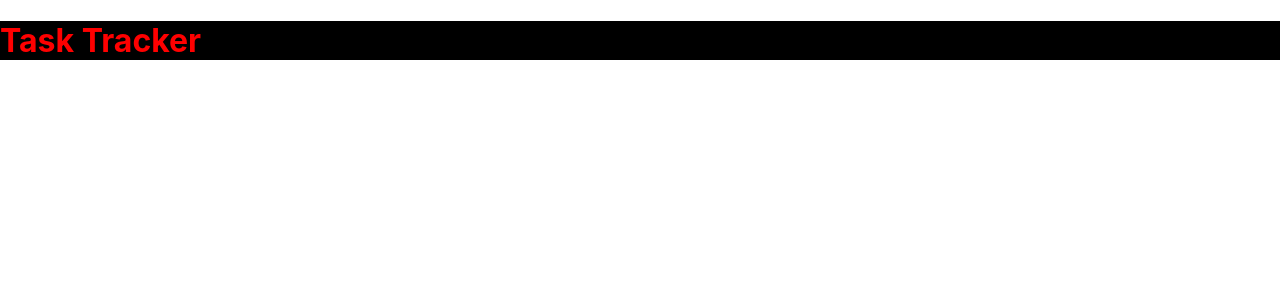
Repository: NIMRAH97/React-Strap-Test
Page: /
These files come from the project's save history. The page is drawn as it stood at one moment and after the next save; the edit follows.
The browser window is 1280 px wide. The pictures show the whole page.
The project was rebuilt for these pictures with package versions that can differ from the ones it lists, and the page was loaded fresh each time.

Above is the page before, as saved 2021-05-21 14:56:58.

### src/App.js
import Header from './components/Header';
const App = () => {
  return (
    <div className='container'>
      <Header />
    </div>
  )
}

export default App;

### src/components/Header.js
import PropTypes from 'prop-types'

const Header = ({ title }) => {
  return (
    <header>
      <h1 style={{ color: 'red', backgroundColor: 'black' }}>{title}</h1>
    </header>
  )
}

Header.defaultProps = {
  title: "Task Tracker",
}
Header.propTypes = {
  title: PropTypes.string.isRequired,
}
export default Header

Loaded but not shown: public/index.html (common file); src/index.js (common file); src/index.css (common file); src/reportWebVitals.js (common file)

After the next save:
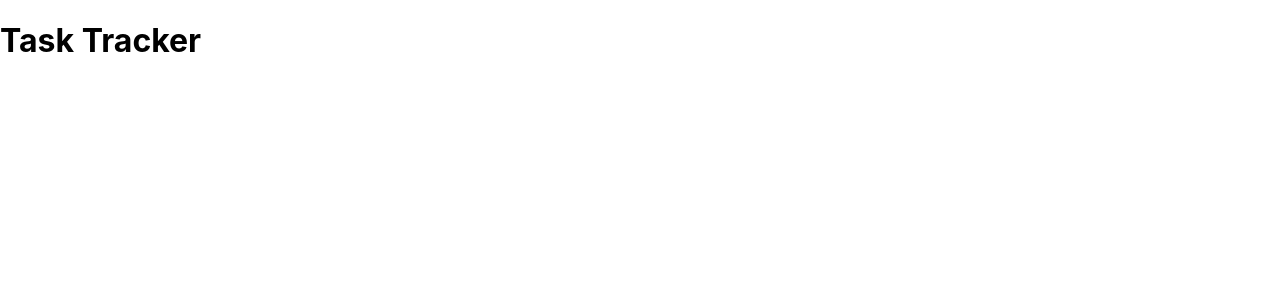
Saved 66 min 21 s later.
--- a/src/components/Header.js
+++ b/src/components/Header.js
@@ -1,17 +1,17 @@
 import PropTypes from 'prop-types'
 
 const Header = ({ title }) => {
-  return (
-    <header>
-      <h1 style={{ color: 'red', backgroundColor: 'black' }}>{title}</h1>
-    </header>
-  )
+    return (
+        <header>
+            <h1>{title}</h1>
+        </header>
+    )
 }
 
 Header.defaultProps = {
-  title: "Task Tracker",
+    title: "Task Tracker",
 }
 Header.propTypes = {
-  title: PropTypes.string.isRequired,
+    title: PropTypes.string.isRequired,
 }
 export default Header
